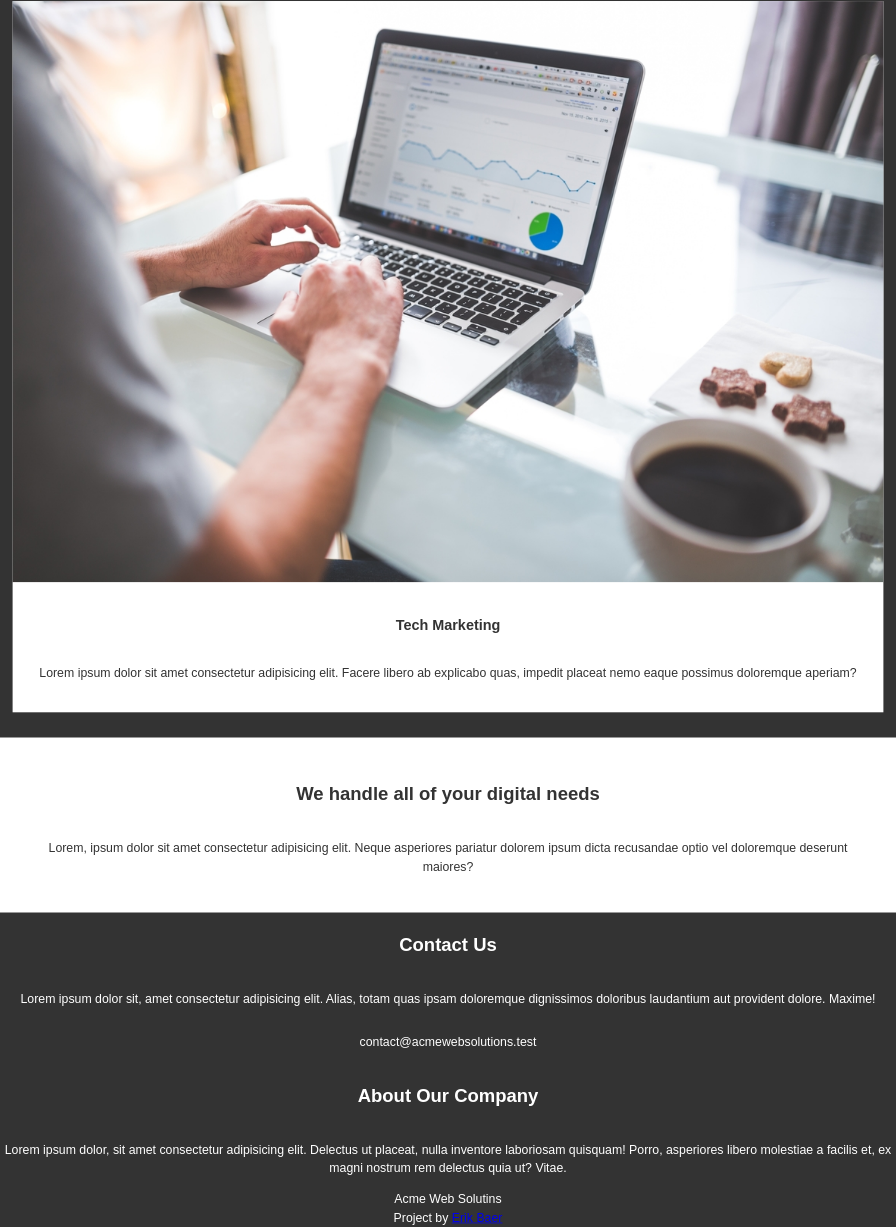
Repository: ErikBaer/MobileFirst
Page: index.html
These files come from the project's save history. The page is drawn as it stood at one moment and after the next save; the edit follows.
The browser window is 1280 px wide. The pictures show the part of the page from y = 2761 to 4681 px (the page is 4514 px tall before and 4681 px after), at 70% of full size.

Above is the page before, as saved 2020-02-15 03:18:47.

After the next save:
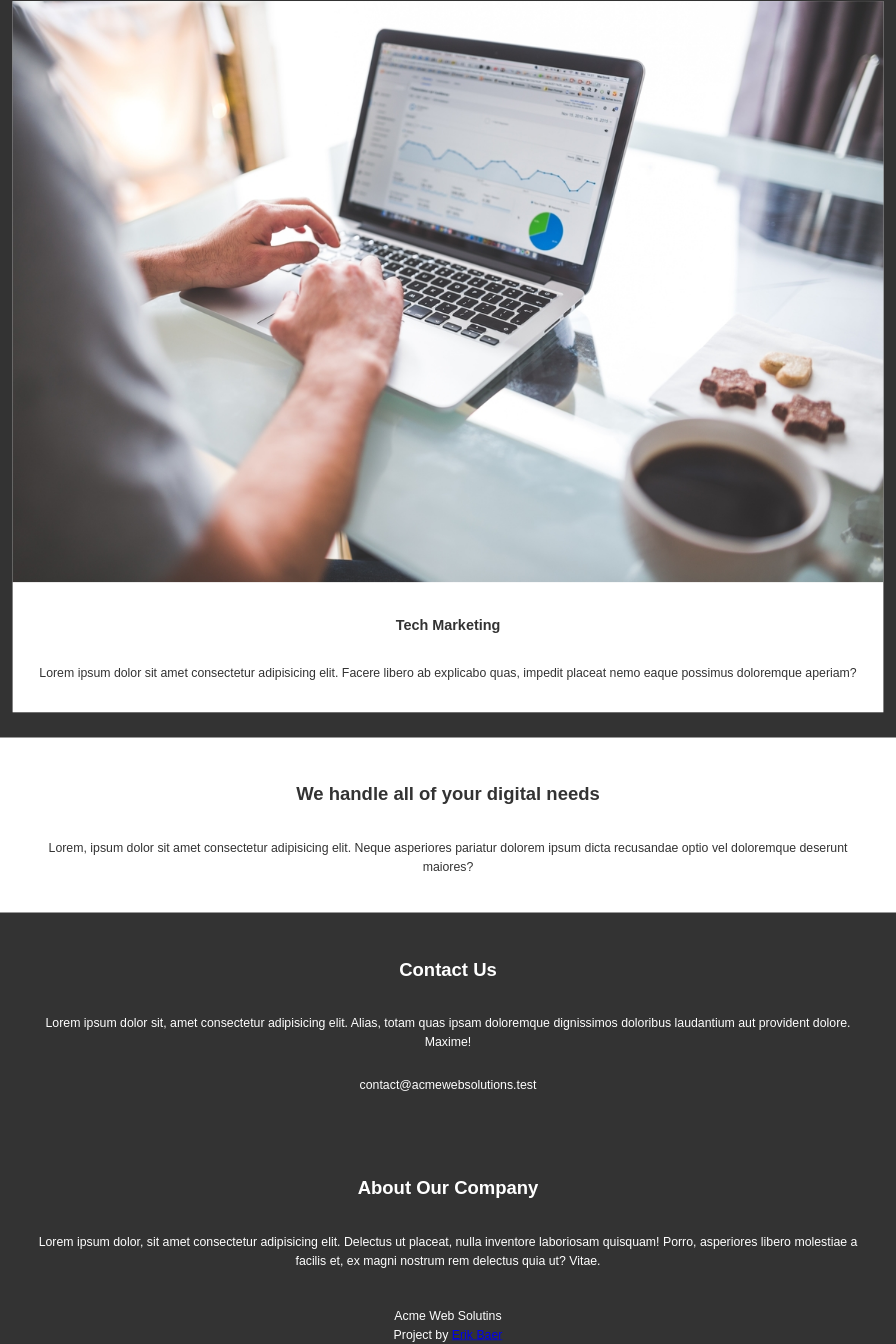
Saved 54 s later.
--- a/index.html
+++ b/index.html
@@ -93,7 +93,7 @@
 
     <!-- Section D -->
 
-    <section id="section-d grid">
+    <section id="section-d" class="grid">
         <div class="box">
             <h2 class="content-title">Contact Us</h2>
             <p>Lorem ipsum dolor sit, amet consectetur adipisicing elit.
